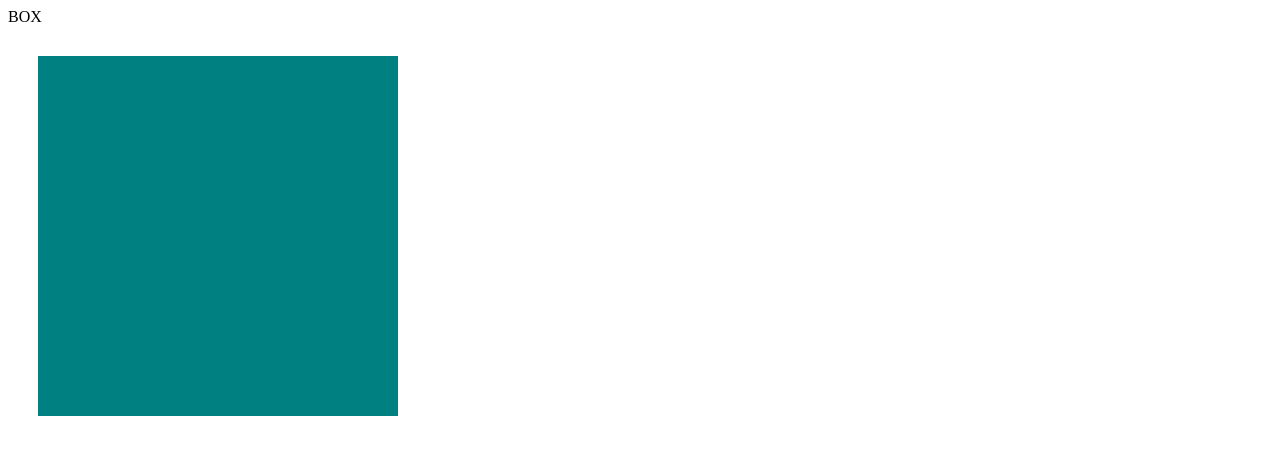
Repository: cyaomasa/java-
Page: box/box.html
The author's editor kept a record of every edit. The page is drawn from the files as they stood at one moment, then again after the next edit.
The browser window is 1280 px wide. The pictures show the whole page.

Above is the page before.

After the next edit:
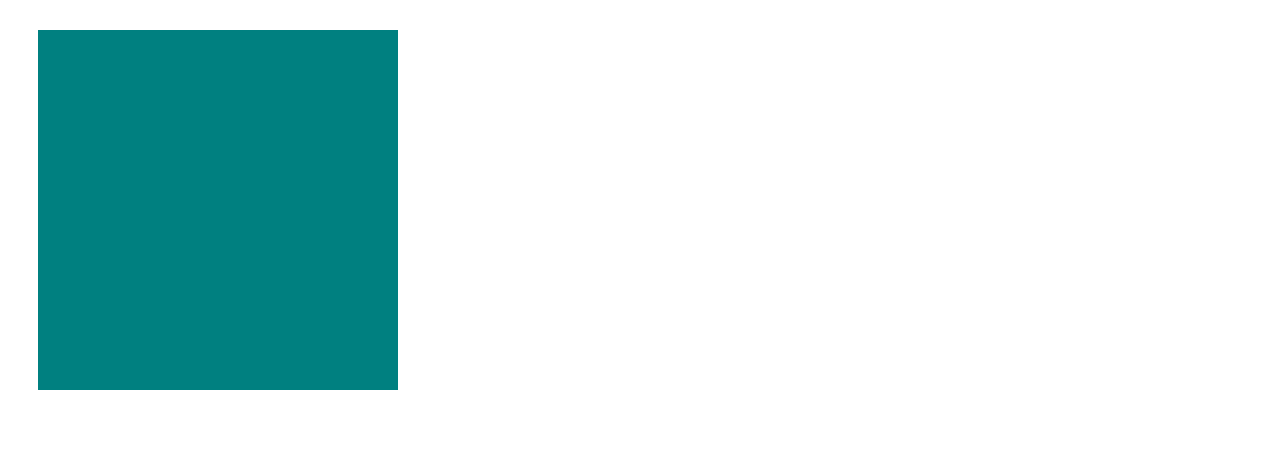
The edit:
--- a/box/box.html
+++ b/box/box.html
@@ -4,9 +4,9 @@
     <meta charset="UTF-8" />
     <!--cssファイルの取り込み-->
     <link rel="stylesheet" href="box.css" />
-    <tytle>BOX</tytle>
+    <title>BOX</title>
+ </head>
 
-  </head>
   <body>
     <!--box1用のdiv-->
     <div class="box1"></div>
